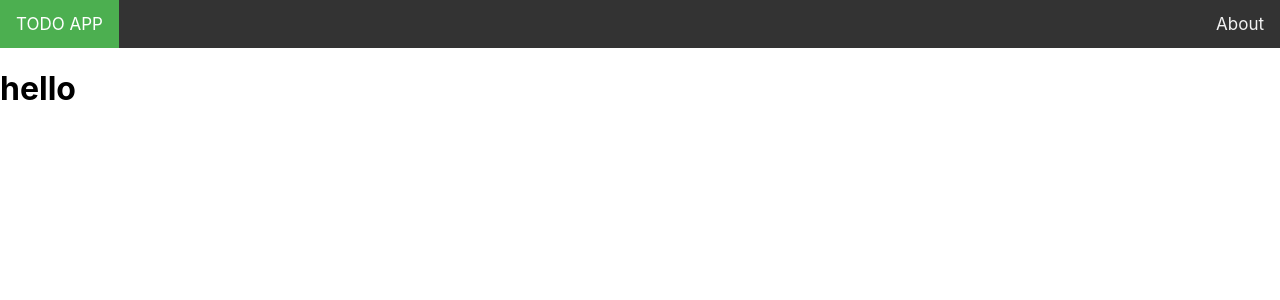
Repository: hoangphuong965/myTodoList
Page: /
An editor plug-in stored every save of this project. The page is shown before and after the next save, followed by the edit.
The browser window is 1280 px wide. The pictures show the whole page.
The project was rebuilt for these pictures with package versions that can differ from the ones it lists, and the page was loaded fresh each time. Also part of the build but not shown: src/components/todo.css.

Above is the page before, as saved 2020-06-01 09:27:40.

### src/App.js
import React, { Component } from "react";
import Navbar from "./components/Navbar/Navbar";
import TodoInput from "./components/TodoInput";

export default class App extends Component {
  render() {
    return (
      <div>
        <Navbar />
        <h1>hello</h1>
      </div>
    );
  }
}

### src/components/Navbar/Navbar.js
import React, { Component } from "react";
import "./navbar.css";

export default class Navbar extends Component {
  render() {
    return (
      <div className="topnav">
        <a className="active" href="#home">
          TODO APP
        </a>
        <a href="#about">About</a>
      </div>
    );
  }
}

### src/components/Navbar/navbar.css
/* Add a black background color to the top navigation */
.topnav {
    background-color: #333;
    overflow: hidden;
    display: flex;
    justify-content: space-between;
  }

  /* Style the links inside the navigation bar */
  .topnav a {
    color: #f2f2f2;
    text-align: center;
    padding: 14px 16px;
    text-decoration: none;
    font-size: 17px;
    transition: all 0.3s linear;
  }

  /* Change the color of links on hover */
  .topnav a:hover {
    background-color: #ddd;
    color: black;
  }

  /* Add a color to the active/current link */
  .topnav a.active {
    background-color: #4CAF50;
    color: white;
  }

### src/components/TodoInput.js
import React, { Component } from 'react';
import './todo.css';

export default class TodoInput extends Component {
    render() {
        return (
            <div className="input">
                <form className="form">
                    <input type="text" className="input" placeholder="Add Your Items"/>
                </form>
            </div>
        )
    }
}

Loaded but not shown: public/index.html (common file); src/index.js (common file); src/index.css (common file); src/serviceWorker.js (common file)

After the next save:
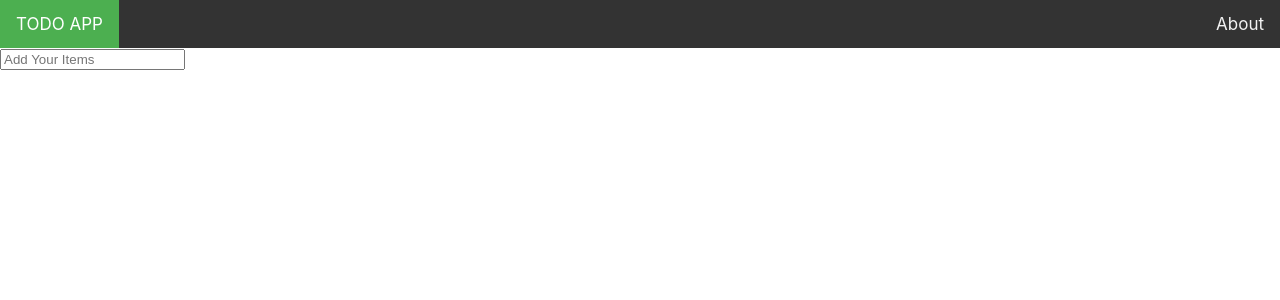
Saved 9 s later.
--- a/src/App.js
+++ b/src/App.js
@@ -7,7 +7,7 @@ export default class App extends Component {
     return (
       <div>
         <Navbar />
-        <h1>hello</h1>
+        <TodoInput />
       </div>
     );
   }
